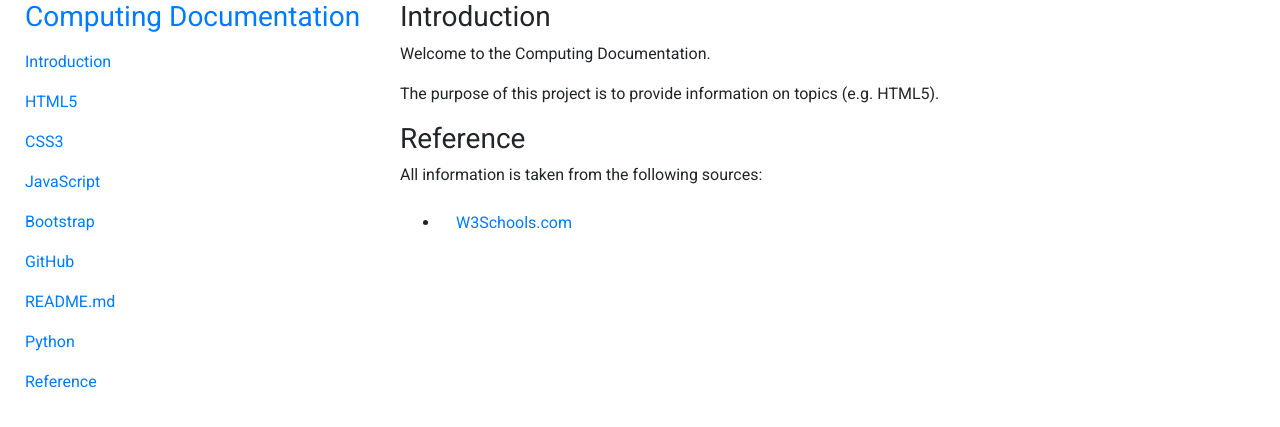
Repository: derektypist/technical-documentation-page
Page: index.html
The author's editor kept a record of every edit. The page is drawn from the files as they stood at one moment, then again after the next edit.
The browser window is 1280 px wide. The pictures show the whole page.

Above is the page before.

After the next edit:
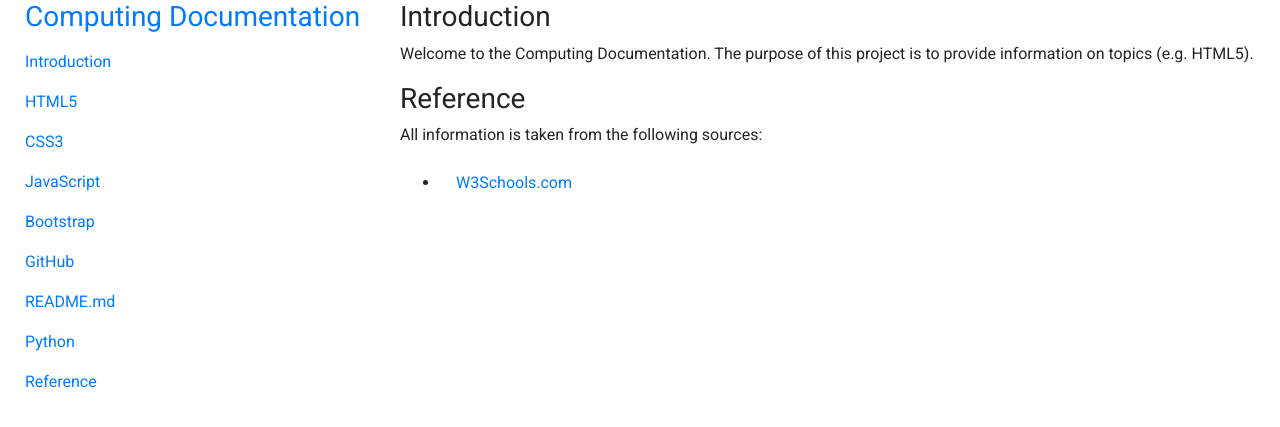
The edit:
--- a/index.html
+++ b/index.html
@@ -76,8 +76,8 @@
     <h3>Introduction</h3>
   </header>
   <article>
-    <p>Welcome to the Computing Documentation.</p>
-    <p>The purpose of this project is to provide information on topics (e.g. HTML5).</p>
+    <p>Welcome to the Computing Documentation.
+    The purpose of this project is to provide information on topics (e.g. HTML5).</p>
   </article>
 </section>
 
